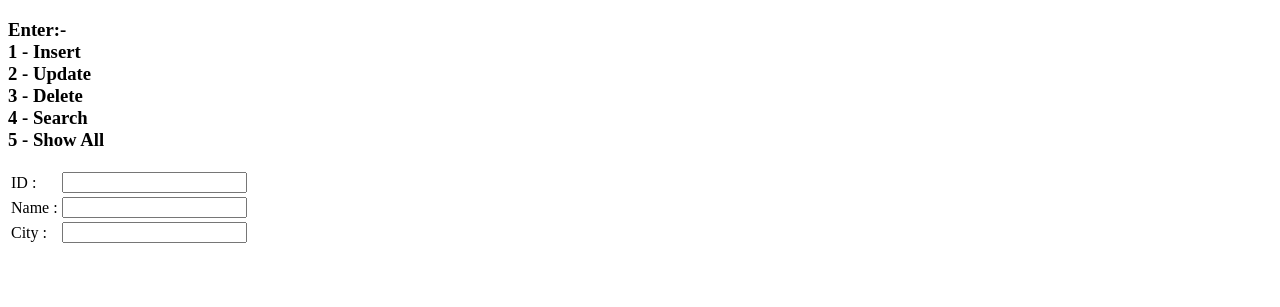
Repository: Vishalrathod8788/JEE
Page: stmt_Connectivity/WebContent/index.html
These files come from the project's save history. The page is drawn as it stood at one moment and after the next save; the edit follows.
The browser window is 1280 px wide. The pictures show the whole page.

Above is the page before, as saved 2023-10-01 12:05:28.

After the next save:
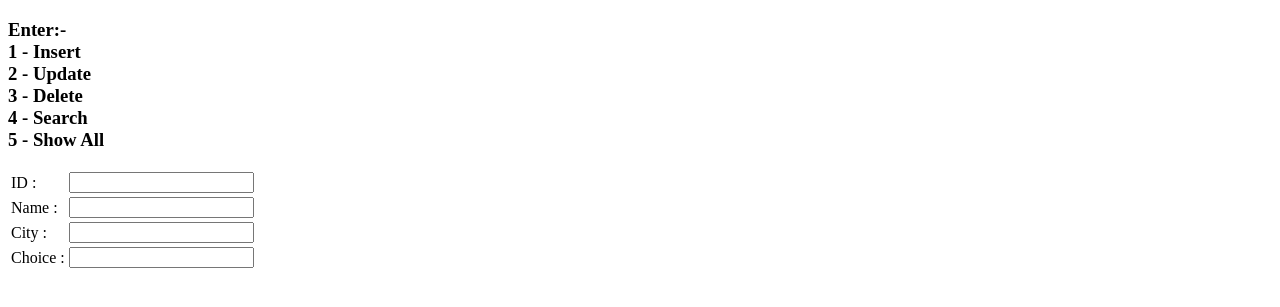
Saved 15 s later.
--- a/stmt_Connectivity/WebContent/index.html
+++ b/stmt_Connectivity/WebContent/index.html
@@ -29,6 +29,11 @@
 				<td>City :</td>
 				<td><input type="text" name="txtCity"></td>
 			</tr>
+
+			<tr>
+				<td>Choice :</td>
+				<td><input type="text" name="txtCity"></td>
+			</tr>
 		</table>
 	</form>
 </body>
